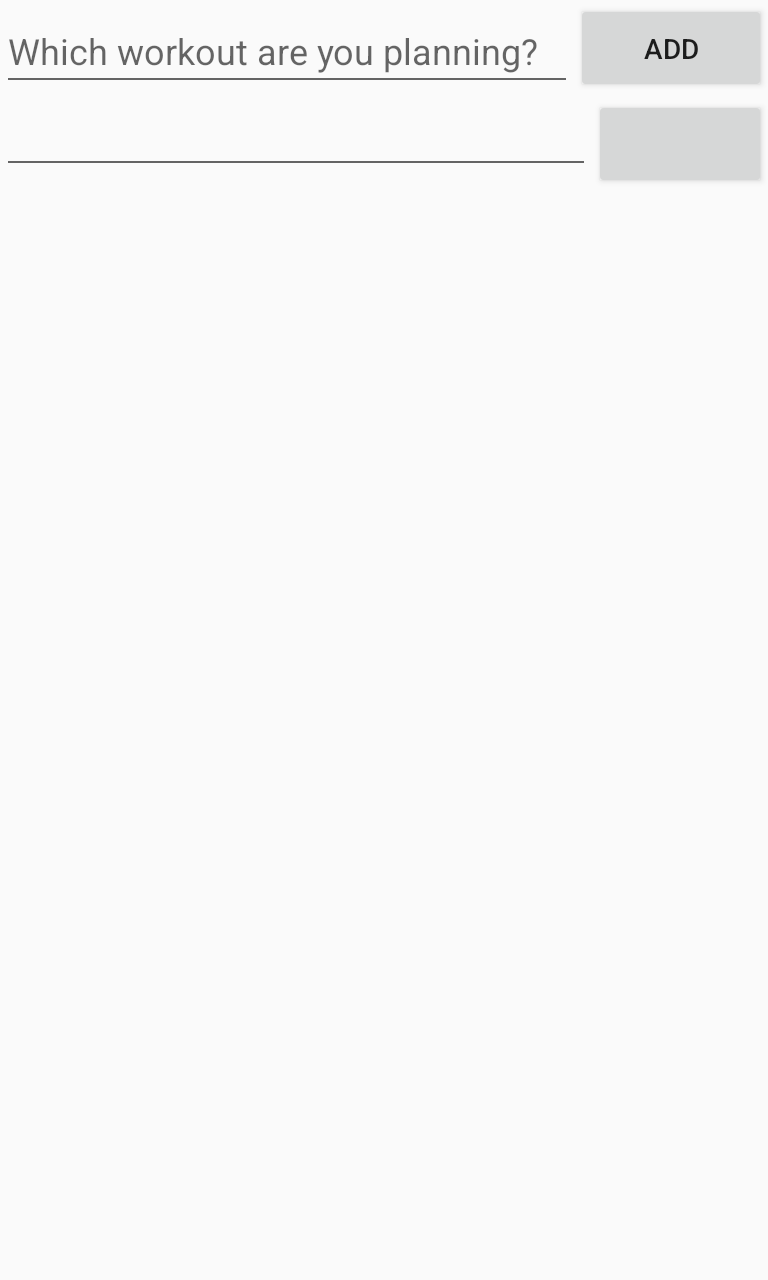
Repository: apoorvelec/AndroidApps
Layout: Gymdroid/res/layout/activity_monday.xml
These files come from the project's save history. The layout is drawn as it stood at one moment and after the next save; the edit follows.
It is drawn on a 768 x 1280 px phone screen (xhdpi) without system bars, with theme AppTheme; the app's code is not run.

Above is the layout before, as saved 2016-07-16 23:58:57.

After the next save:
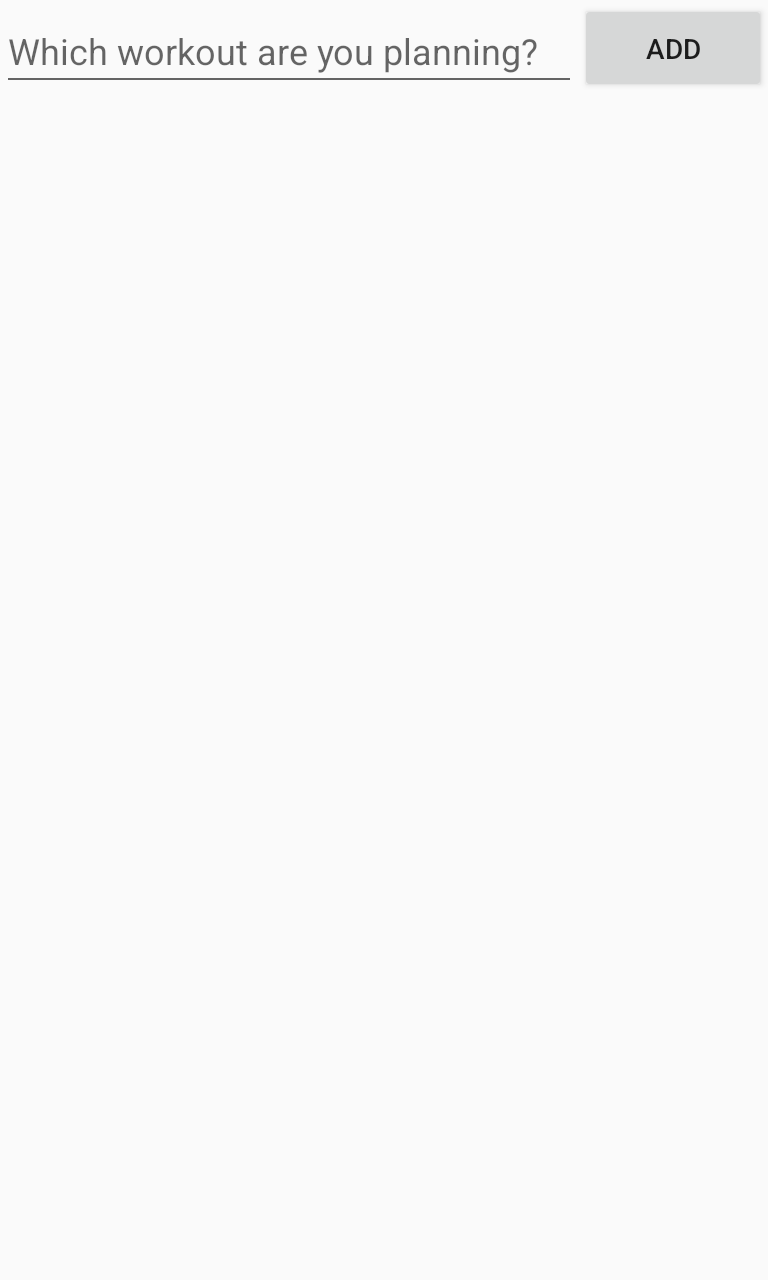
Saved 67 s later.
--- a/Gymdroid/res/layout/activity_monday.xml
+++ b/Gymdroid/res/layout/activity_monday.xml
@@ -13,34 +13,16 @@
         	android:id="@+id/monday_workout_suggestion"
         	android:layout_width="wrap_content"
         	android:layout_height="fill_parent"
-        	android:layout_weight="6"
+        	android:layout_weight="7"
         	android:focusable="true"
         	android:hint="@string/workout_suggestion_hint" />
     	<Button
     	    android:id="@+id/monday_workout_suggestion_btn"
-    	    android:layout_height="fill_parent"
+    	    android:layout_height="wrap_content"
     	    android:layout_width="wrap_content"
-    	    android:layout_weight="4"
-    	    android:text="add"
+    	    android:layout_weight="3"
+    	    android:text="Add"
     	    />
     </LinearLayout>
 
-    <LinearLayout
-        android:layout_width="fill_parent"
-        android:layout_height="wrap_content"
-        android:orientation="horizontal">
-    <EditText android:text="@+id/EditText01"
-    android:id="@+id/EditText01"
-    android:layout_height="wrap_content"
-    android:layout_weight="1"
-    android:layout_width="fill_parent">
-</EditText>
-<Button android:text="@+id/Button01"
-    android:id="@+id/Button01"
-    android:layout_width="wrap_content"
-    android:layout_height="wrap_content">
-</Button>
-
-    </LinearLayout>
-
 </LinearLayout>
